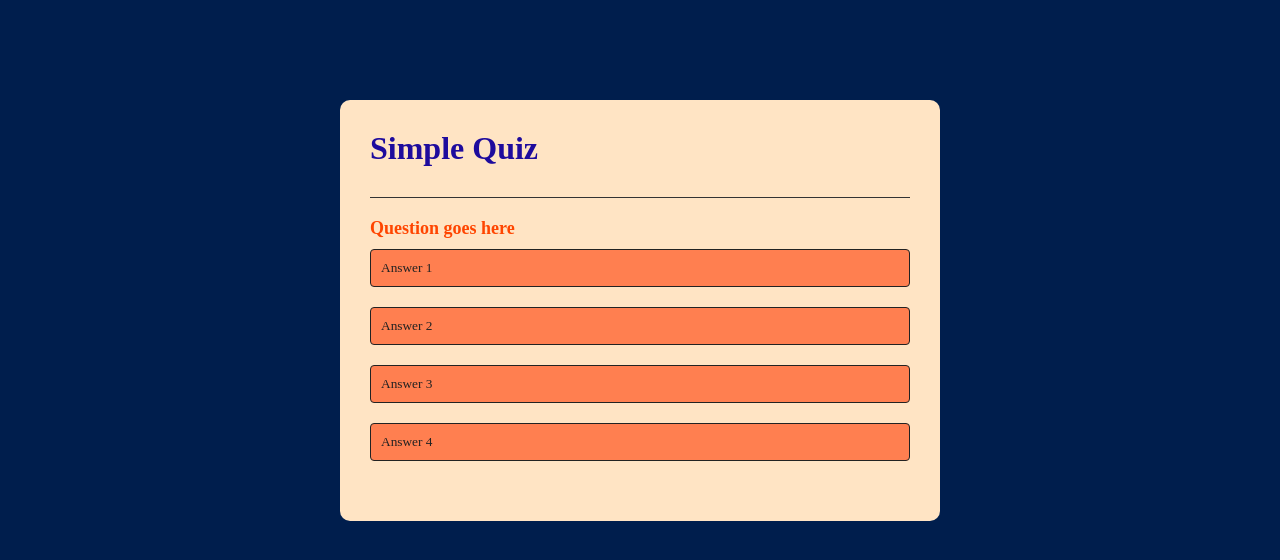
Repository: supriya123yadav/Quiz-project
Page: index.html
An editor plug-in stored every save of this project. The page is shown before and after the next save, followed by the edit.
The browser window is 1280 px wide. The pictures show the whole page.

Above is the page before, as saved 2024-07-11 10:15:05.
Console error: SyntaxError: Unexpected token '}'

### index.html
<!DOCTYPE html>
<html lang="en">

<head>
    <meta charset="UTF-8">
    <meta name="viewport" content="width=device-width, initial-scale=1.0">
    <title>Quiz App - Easy Tutorials</title>
    <link rel="stylesheet" href="style.css">
</head>

<body>
    <div class="app">
        <h1>Simple Quiz</h1>
        <div class="quiz">
            <h2 id="question">Question goes here</h2>
            <div id="answer-buttons">
                <button class="btn">Answer 1</button>
                <button class="btn">Answer 2</button>
                <button class="btn">Answer 3</button>
                <button class="btn">Answer 4</button>
            </div>
            <button id="next-btn">Next-btn</button>

        </div>


    </div>
<script src="script.js"></script>
</body>

</html>

### style.css
* {
    margin: 0px;
    padding: 0px;
    font-family: serif;
    box-sizing: border-box;

}
body{
    background: #001e4d;
}
.app{
    background:bisque;
    width: 90%;
    max-width: 600px;
    margin: 100px auto 0;
    border-radius: 10px;
    padding: 30px;

}
.app h1{
   font-weight: 25px;
   color: rgb(30, 11, 157);
   font-weight: 600px;
   border-bottom: 1px solid #333;
   padding-bottom: 30px;
}
.quiz{
    padding: 20px 0;

}
.quiz h2{
    font-size: 18px;
    color: orangered;
    font-weight: 600;

}
.btn{
    background: coral;
    color: #222;
    font-weight: 500;
    width: 100%;
    border: 1px solid #222;
    padding: 10px;
    margin: 10px 0;
    text-align: left;
    border-radius: 4px;
    cursor: pointer;
}
.btn:hover{
    background: rgb(140, 42, 42);
    color: white;
}
#next-btn{
    background: #43261f;
    color: #fff;
    font-weight: 500;
    width: 150px;
    border: 0;
    padding: 10px;
    margin: 20px auto 0;
    cursor: pointer;
    display: none;

}

### script.js
const questions = [
    {
       question: "Which is the largest animal in the world?",
       answers: [
        { text: "Shark", correct: false},
        { text: "Blue Whale", correct: true},
        { text: "Elephant", correct: false},
        { text: "Giraffe", correct: false},

       ]

    },
    {
        question: "Which is the smallest country in the world?",
        answers: [
         { text: "Vatican City", correct: true},
         { text: "Bhutan", correct: false},
         { text: "Nepal", correct: false},
         { text: "Sri Lanka", correct: false},

        ]
     },
     {
        question: "Which is the largest desert in the world?",
        answers: [
         { text: "Kalahari", correct: false},
         { text: "Gobi", correct: false},
         { text: "Sahara", correct: false},
         { text: "Antarctica", correct: true},

        ]
     },
     {
        question: "Which is the smallest continent in the world?",
        answers: [
         { text: "Asia", correct: false},
         { text: "Australia", correct: true},
         { text: "Arctic", correct: false},
         { text: "Africa", correct: false},

        ]
     }

];

const questionElement = document.getElementById("question");
const answerButtons = document.getElementById("answer-buttons");
const nextButton = document.getElementById("next-btn");

let currentQuestionIndex = 0;
let score = 0;

function startQuiz(){
    currentQuestionIndex = 0;
    score = 0;
    nextButton.innerHTML = "Next";
    showQuestion();
}
function showQuestion(){
   resetState();
    let currentQuestion = questions[currentQuestionIndex];
    let questionNo = currentQuestionIndex + 1;
    questionElement.innerHTML = questionNo + ". " + currentQuestion.question;

    currentQuestion.answers.forEach(answer =>{
      const button = document.createElement("button");
      button.innerHTML = answer.text;
      button.classList.add("btn");
      answerButton.appendChild(button);
    });

}

function resetState(){
   nextButton.style.display = "none";
   while(answerButtons)
}

startQuiz();

After the next save:
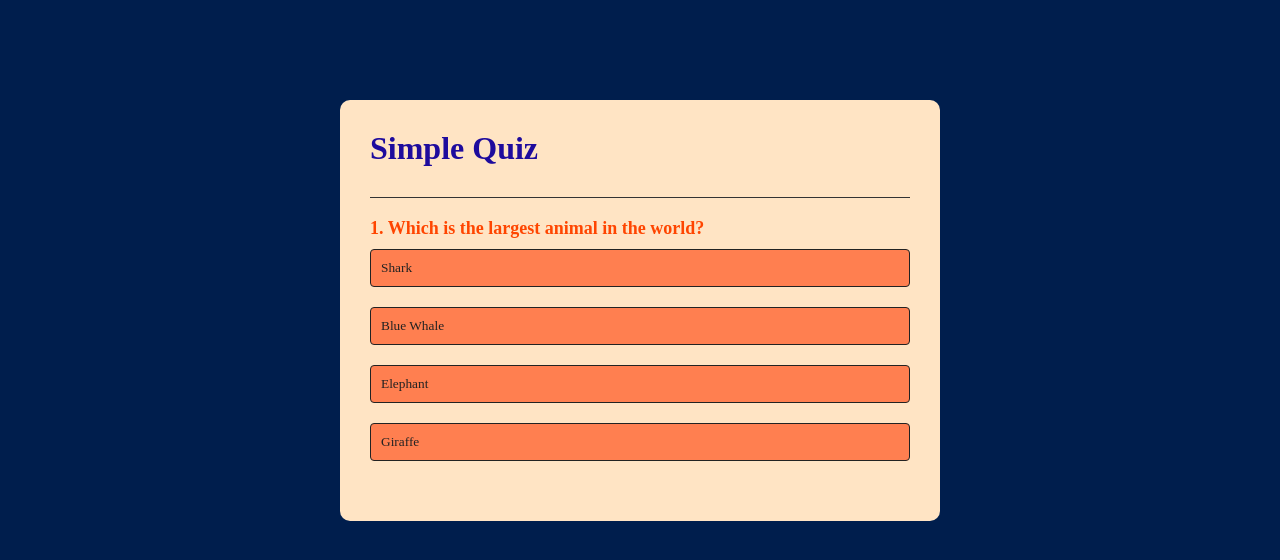
The error is gone.
Saved 78 s later.
--- a/script.js
+++ b/script.js
@@ -66,14 +66,16 @@ function showQuestion(){
       const button = document.createElement("button");
       button.innerHTML = answer.text;
       button.classList.add("btn");
-      answerButton.appendChild(button);
+      answerButtons.appendChild(button);
     });
 
 }
 
 function resetState(){
    nextButton.style.display = "none";
-   while(answerButtons)
+   while(answerButtons.firstChild){
+      answerButtons.removeChild(answerButtons.firstChild);
+   }
 }
 
 startQuiz();
